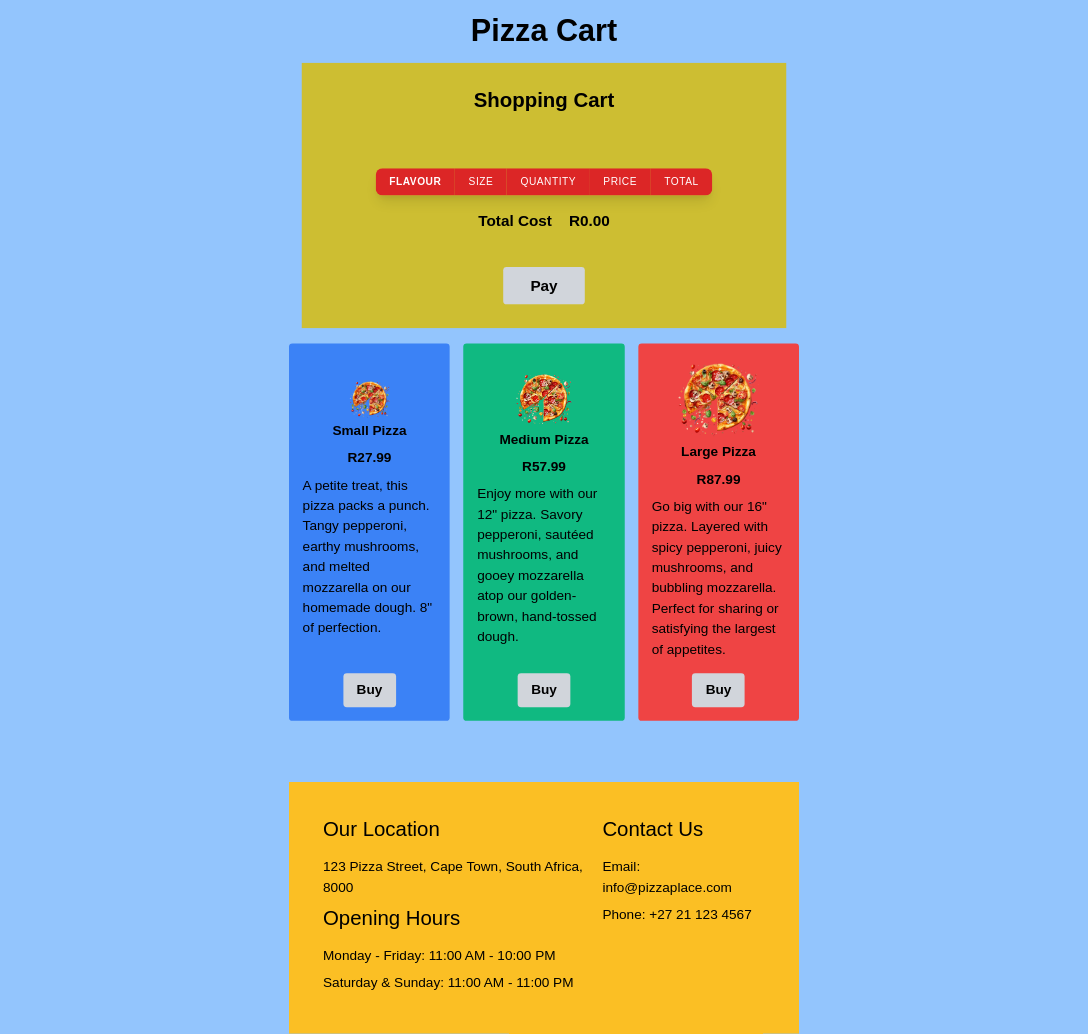
Repository: lasity34/pizza-cart-with-api
Page: index.html
These files come from the project's save history. The page is drawn as it stood at one moment and after the next save; the edit follows.
The browser window is 1280 px wide. The pictures show the whole page, at 85% of full size.
The page's requests for data from a server got no answer. Some web fonts or font styles are not loaded; a fallback is used. Some web libraries are served in a nearby version.

Above is the page before, as saved 2023-07-13 16:06:06.
Console error (its wording comes from the project's code and is left out).

### index.html
<!DOCTYPE html>
<html lang="en">
  <head>
    <meta charset="UTF-8" />
    <meta name="viewport" content="width=device-width, initial-scale=1.0" />
    <title>Pizza Cart</title>
    <script src="//unpkg.com/alpinejs" defer></script>
    <link
      href="https://cdn.jsdelivr.net/npm/tailwindcss@2.1.2/dist/tailwind.min.css"
      rel="stylesheet"
    />
    <script
      src="https://cdnjs.cloudflare.com/ajax/libs/axios/1.4.0/axios.min.js"
      integrity="sha512-uMtXmF28A2Ab/JJO2t/vYhlaa/3ahUOgj1Zf27M5rOo8/+fcTUVH0/E0ll68njmjrLqOBjXM3V9NiPFL5ywWPQ=="
      crossorigin="anonymous"
      referrerpolicy="no-referrer"
    ></script>
    <link href="./style.css" rel="stylesheet" />
    <link rel="preconnect" href="https://fonts.googleapis.com" />
    <link rel="preconnect" href="https://fonts.gstatic.com" crossorigin />
    <link
      href="https://fonts.googleapis.com/css2?family=Titillium+Web:ital@0;1&family=Tsukimi+Rounded:wght@300;400;500&display=swap"
      rel="stylesheet"
    />
  </head>
  <body x-data="pizzaCart" class="bg-blue-300" x-cloak>
    <section class="flex justify-center items-center">
      <h1 class="text-4xl pt-4 font-bold">Pizza Cart</h1>
    </section>

    <section
      class="shop-container my-5 p-7 flex flex-col text-xs sm:text-base md:text-lg lg:text-lg justify-center items-center"
    >
      <h2 class="text-2xl mb-2 font-bold">Shopping Cart</h2>
      <div class="mt-6 flex flex-col items-center">
        <div>
            <section class="mt-8">
                <table class="table-auto w-full rounded-lg overflow-hidden shadow-lg max-w-md mx-auto">
                    <thead class="bg-red-600">
                        <tr>
                            <th class="px-4 py-2 text-left text-xs font-bold font-medium text-white uppercase tracking-wider">Flavour</th>
                            <th class="px-4 py-2 text-left text-xs font-medium text-white uppercase tracking-wider">Size</th>
                            <th class="px-4 py-2 text-left text-xs font-medium text-white uppercase tracking-wider">Quantity</th>
                            <th class="px-4 py-2 text-left text-xs font-medium text-white uppercase tracking-wider">Price</th>
                            <th class="px-4 py-2 text-left text-xs font-medium text-white uppercase tracking-wider">Total</th>
                        </tr>
                    </thead>
                    <tbody class="bg-yellow-100 divide-y divide-gray-200">
                        <template x-for="pizza in cartPizzas">
                            <tr>
                                <td class="px-4 py-2 whitespace-nowrap font-bold text-sm text-gray-500" x-text="pizza.flavour"></td>
                                <td class="px-4 py-2 whitespace-nowrap font-bold text-sm text-gray-500" x-text="pizza.size"></td>
                                <td class="px-4 py-2 whitespace-nowrap font-bold text-sm text-gray-500">
                                    <div class="flex items-center justify-center">
                                        <button
                                            @click="increment('large')"
                                            class="bg-gray-200 hover:bg-gray-300 text-gray-800 font-bold py-2 px-4 rounded-l"
                                        >
                                            +
                                        </button>
                                        <div x-text="getQuantity(pizza.id)" class="mx-3"></div>
                                        <button
                                            @click="decrement('large')"
                                            class="bg-gray-200 hover:bg-gray-300 text-gray-800 font-bold py-2 px-4 rounded-r"
                                        >
                                            -
                                        </button>
                                    </div>
                                </td>
                                <td class="px-4 py-2 whitespace-nowrap text-sm font-bold text-gray-500">
                                    R<span x-text="pizza.price"></span>
                                </td>
                                <td class="px-4 py-2 whitespace-nowrap text-sm font-bold text-gray-500">
                                    R<span x-text="cartTotal"></span>
                                </td>
                            </tr>
                        </template>
                    </tbody>
                </table>
            </section>


        </div>
        <div class="flex justify-center mt-4">
          <p class="font-bold">Total Cost</p>
          <p class="ml-5 font-bold">
            R<span x-text="total().toFixed(2)">0.00</span>
          </p>
        </div>
        <div class="mt-4">
          <span x-html="payMessage"></span>
        </div>

        <div class="mt-4" x-show="total() !== 0" x-cloak>
          <label class="font-bold">Payment Amount:</label>
          <input
            placeholder="Enter payment here"
            type="number"
            step="0.01"
            class="rounded ml-2 py-2"
            x-model="paymentAmount"
          />
        </div>
        <div class="mt-6">
          <button
            x-cloak
            @click="paymentTotal()"
            class="bg-gray-300 hover:bg-gray-400 py-2 px-8 rounded font-bold"
          >
            <span x-text="total() === 0 ? 'Pay' : 'Checkout'"></span>
          </button>
        </div>
      </div>
    </section>

    <section class="pizza_columns">
      <div
        class="flex flex-col gap-4 mx-auto items-center lg:items-stretch lg:flex-row justify-center"
      >
        <div
          class="flex bg-blue-500 rounded p-4 w-4/5 lg:w-4/5 flex-grow flex-shrink flex flex-col justify-between text-black items-center"
        >
          <div class="flex-grow flex flex-col items-center justify-center">
            <img src="./pizza.png" width="50" />
            <h3 class="mb-2 font-bold">Small Pizza</h3>
            <h3 class="mb-2 font-bold">R27.99</h3>
            <p class="mb-4">
              A petite treat, this pizza packs a punch. Tangy pepperoni, earthy
              mushrooms, and melted mozzarella on our homemade dough. 8" of
              perfection.
            </p>
          </div>
          <button
            @click="buy('small')"
            :disabled="smallAdded"
            class="bg-gray-300 hover:bg-gray-400 transition-colors duration-300 py-2 px-4 rounded font-bold"
          >
            Buy
          </button>
        </div>
        <div
          class="pizza_md bg-green-500 rounded p-4 w-4/5 lg:w-4/5 flex-grow flex-shrink flex flex-col justify-between text-black items-center"
        >
          <div class="flex-grow flex flex-col items-center justify-center">
            <img src="./pizza.png" width="70" />
            <h3 class="mb-2 font-bold">Medium Pizza</h3>
            <h3 class="mb-2 font-bold">R57.99</h3>
            <p class="mb-4">
              Enjoy more with our 12" pizza. Savory pepperoni, sautéed
              mushrooms, and gooey mozzarella atop our golden-brown, hand-tossed
              dough.
            </p>
          </div>
          <button
            @click="buy('medium')"
            :disabled="mediumAdded"
            class="bg-gray-300 hover:bg-gray-400 transition-colors duration-300 py-2 px-4 rounded font-bold"
          >
            Buy
          </button>
        </div>
        <div
          class="pizza_lg bg-red-500 rounded p-4 w-4/5 lg:w-4/5 flex-grow flex-shrink flex flex-col justify-between text-black items-center"
        >
          <div class="flex-grow flex flex-col items-center justify-center">
            <img src="./pizza.png" width="100" />
            <h3 class="mb-2 font-bold">Large Pizza</h3>
            <h3 class="mb-2 font-bold">R87.99</h3>
            <p class="mb-4">
              Go big with our 16" pizza. Layered with spicy pepperoni, juicy
              mushrooms, and bubbling mozzarella. Perfect for sharing or
              satisfying the largest of appetites.
            </p>
          </div>
          <button
            @click="buy('large')"
            :disabled="largeAdded"
            class="bg-gray-300 hover:bg-gray-400 transition-colors duration-300 py-2 px-4 rounded font-bold"
          >
            Buy
          </button>
        </div>
      </div>
    </section>
    <!-- all pizzas display -->
    <section class="mt-8">
        <div class="flex flex-col items-center">
            <template x-for="pizza in pizzas">
                <div class="flex items-center border-b border-gray-200 bg-yellow-200 shadow-lg rounded-lg px-4 py-4 my-3 w-full max-w-xl">
                    <div class="w-24 h-24 flex-shrink-0">
                        <img src="./pizza.png" class="w-full h-full object-cover rounded-lg" />
                    </div>
                    <div class="ml-4 flex-grow flex justify-between w-3/4 items-center">
                        <h5 class="ml-2 text-lg font-bold text-black" x-text="pizza.flavour"></h5>
                        <p class="text-lg text-black mt-5 mb-4 mr-6 font-bold">R<span x-text="pizza.price"></span></p>
                    </div>
                    <div>
                        <button @click="addPizzaToCart(pizza.id)" class="bg-gray-600 hover:bg-gray-700 text-white font-bold py-2 px-4 rounded">Buy</button>
                    </div>
                </div>
            </template>
        </div>
    </section>



    <footer class="bg-yellow-400 text-black mt-10 p-10">
      <div class="container mx-auto flex justify-between">
        <div>
          <h2 class="text-2xl mb-4">Our Location</h2>
          <p class="mb-2">123 Pizza Street, Cape Town, South Africa, 8000</p>

          <h2 class="text-2xl mb-4">Opening Hours</h2>
          <p class="mb-2">Monday - Friday: 11:00 AM - 10:00 PM</p>
          <p class="mb-2">Saturday & Sunday: 11:00 AM - 11:00 PM</p>
        </div>
        <div>
          <h2 class="text-2xl mb-4">Contact Us</h2>
          <p class="mb-2">Email: info@pizzaplace.com</p>
          <p class="mb-2">Phone: +27 21 123 4567</p>
        </div>
      </div>
    </footer>

    <div
      x-show="show"
      x-transition:enter="transition ease-out duration-300"
      x-transition:enter-start="opacity-0 transform scale-90"
      x-transition:enter-end="opacity-100 transform scale-100"
      x-transition:leave="transition ease-in duration-300"
      x-transition:leave-start="opacity-100 transform scale-100"
      x-transition:leave-end="opacity-0 transform scale-90"
      class="fixed inset-0 flex items-center justify-center z-50"
    >
      <div class="bg-green-800 text-white rounded p-5 shadow-lg">
        <p x-text="message"></p>
      </div>
    </div>

    <script src="./pizza.js"></script>
  </body>
</html>

### style.css

body {
    max-width: 600px;
    margin: 0 auto;

font-family: 'Tsukimi Rounded', sans-serif;
}

.shop-container {
    background-color: rgb(205, 190, 50);
    max-width: 95%;
    margin: 1em auto;
}

input::-webkit-outer-spin-button,
input::-webkit-inner-spin-button {
  -webkit-appearance: none;
  margin: 0;
}

input[type="number"] {
  -moz-appearance: textfield;
 text-indent: 10px;
}

[x-cloak] { display: none; }

### pizza.js
function pizzaCart() {
  return {
    smallAmount: 0,
    mediumAmount: 0,
    largeAmount: 0,
    paymentAmount: 0,
    message: "",
    payMessage: "",
    smallAdded: false,
    mediumAdded: false,
    largeAdded: false,
    show: false,
    prices: {
      small: 27.99,
      medium: 57.99,
      large: 87.99,
    },
    lastMessageAdded: "",

    pizzas: [],
    username: "bjorn",
    cartId: "jI0VaxiP9k",
    cartPizzas: [],
    cartTotal: 0.0,
    increment(size) {
      if (size === "small" && this.smallAdded) {
        this.smallAmount++;
      } else if (size === "medium" && this.mediumAdded) {
        this.mediumAmount++;
      } else if (size === "large" && this.largeAdded) {
        this.largeAmount++;
      }
    },
    buy(size) {
      if (size === "small") {
        this.smallAdded = true;
        this.smallAmount++; // increment the small pizza count
        this.message = "Small Pizza has been added";
      } else if (size === "medium") {
        this.mediumAdded = true;
        this.mediumAmount++; // increment the medium pizza count
        this.message = "Medium Pizza has been added";
      } else if (size === "large") {
        this.largeAdded = true;
        this.largeAmount++; // increment the large pizza count
        this.message = "Large Pizza has been added";
      }
      this.toggleModal();
    },
    decrement(size) {
      if (size === "small" && this.smallAmount > 0 && this.smallAdded) {
        this.smallAmount--;
        if (this.smallAmount === 0) this.smallAdded = false;
      }
      if (size === "medium" && this.mediumAmount > 0 && this.mediumAdded) {
        this.mediumAmount--;
        if (this.mediumAmount === 0) this.mediumAdded = false;
      }
      if (size === "large" && this.largeAmount > 0 && this.largeAdded) {
        this.largeAmount--;
        if (this.largeAmount === 0) this.largeAdded = false;
      }
    },
    total() {
      return (
        this.smallAmount * this.prices.small +
        this.mediumAmount * this.prices.medium +
        this.largeAmount * this.prices.large
      );
    },
    paymentTotal() {
      if (this.paymentAmount < this.total()) {
        this.payMessage = `<p class='flex bg-red-600 text-white py-2 px-4 font-bold text-lg my-3 py-1'>R${(
          this.total() - this.paymentAmount
        ).toFixed(2)} is needed</p>`;
        setTimeout(() => {
          this.payMessage = "";
        }, 2000);
      } else if (this.paymentAmount > this.total()) {
        this.payMessage = `<p class='flex bg-red-600 text-white py-2 px-4 font-bold text-lg my-3 py-1'>There is R${(
          this.paymentAmount - this.total()
        ).toFixed(2)} too much</p>`;
        setTimeout(() => {
          this.payMessage = "";
        }, 2000);
      } else if (this.paymentAmount == this.total() && this.total() !== 0) {
        this.payMessage =
          "<p class='flex bg-green-600 text-white py-2 px-4 font-bold text-lg my-3 py-1'>Enjoy your pizzas<p>";
        this.reset();
        setTimeout(() => {
          this.payMessage = "";
        }, 2000);
      }
    },
    toggleModal() {
      this.show = !this.show;
      if (this.show) {
        setTimeout(() => {
          this.show = false;
        }, 2000); // Close after 2 seconds
      }
    },
    reset() {
      this.smallAmount = 0;
      this.mediumAmount = 0;
      this.largeAmount = 0;
      this.paymentAmount = 0;
      this.message = "";

      this.smallAdded = false;
      this.mediumAdded = false;
      this.largeAdded = false;
      this.show = false;
    },

    // API

    getCart() {
      const getCartURL = `https://pizza-api.projectcodex.net/api/pizza-cart/${this.cartId}/get`;

      return axios.get(getCartURL);
    },
    addPizza(pizzaId) {
      console.log("addPizza - this.cartId:", this.cartId);
      return axios.post(
        "https://pizza-api.projectcodex.net/api/pizza-cart/add",
        {
          cart_code: this.cartId,
          pizza_id: pizzaId,
        }
      );
    },
    showCartData() {
      this.getCart().then((result) => {
        const cartData = result.data;
        this.cartPizzas = cartData.pizzas;
        this.cartTotal = cartData.total;
      });
    },
    init() {
      axios
        .get("https://pizza-api.projectcodex.net/api/pizzas")
        .then((result) => {
          this.pizzas = result.data.pizzas;
        });

      this.showCartData();
    },
    addPizzaToCart(pizzaId) {
      this.addPizza(pizzaId).then(() => {
        this.showCartData();
      });
    },
    removePizzaFromCart() {},
  };
}

document.addEventListener("alpine:init", () => {
  Alpine.data("pizzaCart", pizzaCart);
});

After the next save:
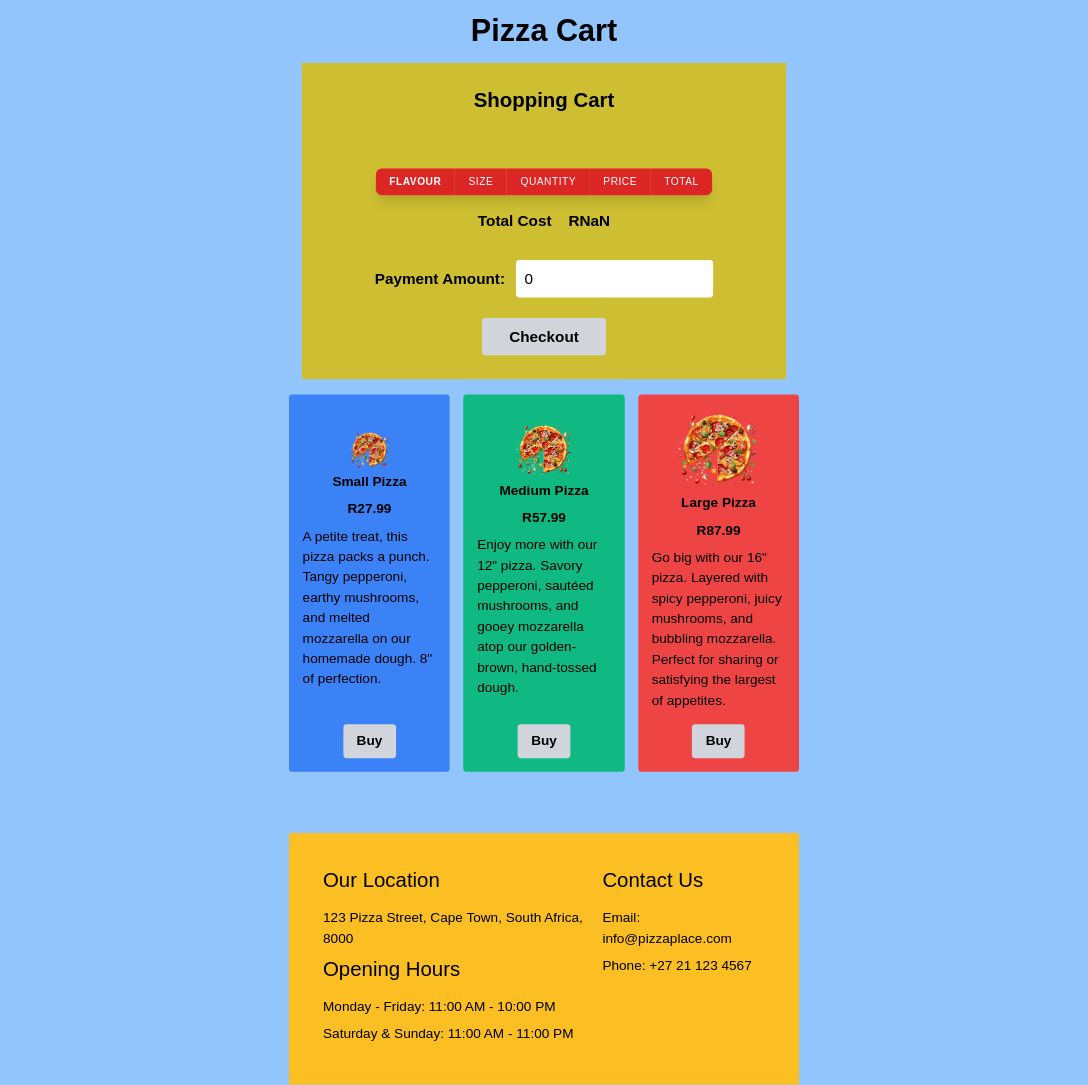
Saved 2 min 25 s later.
--- a/pizza.js
+++ b/pizza.js
@@ -1,8 +1,6 @@
 function pizzaCart() {
   return {
-    smallAmount: 0,
-    mediumAmount: 0,
-    largeAmount: 0,
+    quantity: 0,
     paymentAmount: 0,
     message: "",
     payMessage: "",
